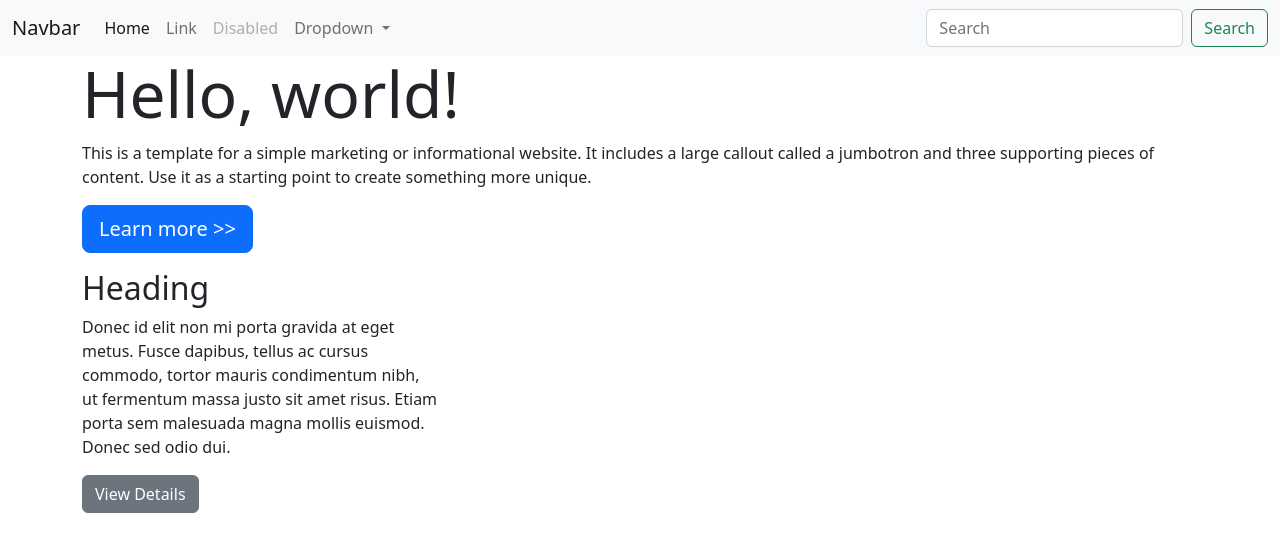
Repository: trongtamdev/lession1_html_sleepcloud
Page: jumbotron.html
The author's editor kept a copy of each file at every save. The page is drawn from the files as they stood at one save, then again after the next save.
The browser window is 1280 px wide. The pictures show the whole page.

Above is the page before, as saved 2022-09-10 15:25:04.

### jumbotron.html
<!DOCTYPE html>
<html lang="en">
  <head>
    <meta charset="UTF-8" />
    <meta http-equiv="X-UA-Compatible" content="IE=edge" />
    <meta name="viewport" content="width=device-width, initial-scale=1.0" />
    <title>Jumbotron</title>
    <link href="./styles/bootstrap.css" rel="stylesheet" />
    <script src="https://cdn.jsdelivr.net/npm/bootstrap@5.2.1/dist/js/bootstrap.bundle.min.js"></script>
  </head>
  <body>
    <nav class="navbar navbar-expand-lg bg-light">
      <div class="container-fluid">
        <a class="navbar-brand" href="#">Navbar</a>
        <button
          class="navbar-toggler"
          type="button"
          data-bs-toggle="collapse"
          data-bs-target="#navbarSupportedContent"
          aria-controls="navbarSupportedContent"
          aria-expanded="false"
          aria-label="Toggle navigation"
        >
          <span class="navbar-toggler-icon"></span>
        </button>
        <div class="collapse navbar-collapse" id="navbarSupportedContent">
          <ul class="navbar-nav me-auto mb-2 mb-lg-0">
            <li class="nav-item">
              <a class="nav-link active" aria-current="page" href="#">Home</a>
            </li>
            <li class="nav-item">
              <a class="nav-link" href="#">Link</a>
            </li>
            <li class="nav-item">
              <a class="nav-link disabled">Disabled</a>
            </li>
            <li class="nav-item dropdown">
              <a
                class="nav-link dropdown-toggle"
                href="#"
                role="button"
                data-bs-toggle="dropdown"
                aria-expanded="false"
              >
                Dropdown
              </a>
              <ul class="dropdown-menu">
                <li><a class="dropdown-item" href="#">Action</a></li>
                <li><a class="dropdown-item" href="#">Another action</a></li>
                <li><hr class="dropdown-divider" /></li>
                <li>
                  <a class="dropdown-item" href="#">Something else here</a>
                </li>
              </ul>
            </li>
          </ul>
          <form class="d-flex" role="search">
            <input
              class="form-control me-2"
              type="search"
              placeholder="Search"
              aria-label="Search"
            />
            <button class="btn btn-outline-success" type="submit">
              Search
            </button>
          </form>
        </div>
      </div>
    </nav>

    <main>
      <div class="jumbotron">
        <div class="container">
          <h1 class="display-3">Hello, world!</h1>
          <p>
            This is a template for a simple marketing or informational website.
            It includes a large callout called a jumbotron and three supporting
            pieces of content. Use it as a starting point to create something
            more unique.
          </p>
          <p><a class="btn btn-primary btn-lg" href="#">Learn more >></a></p>
        </div>
      </div>

      <div class="container">
        <div class="row">
          <div class="col-md-4">
            <h2>Heading</h2>
            <p>
              Donec id elit non mi porta gravida at eget metus. Fusce dapibus,
              tellus ac cursus commodo, tortor mauris condimentum nibh, ut
              fermentum massa justo sit amet risus. Etiam porta sem malesuada
              magna mollis euismod. Donec sed odio dui.
            </p>
            <p>
              <a class="btn btn-secondary" href="#" role="button"
                >View Details</a
              >
            </p>
          </div>
        </div>
      </div>
    </main>
  </body>
</html>

Loaded but not shown: styles/bootstrap.css (library)

After the next save:
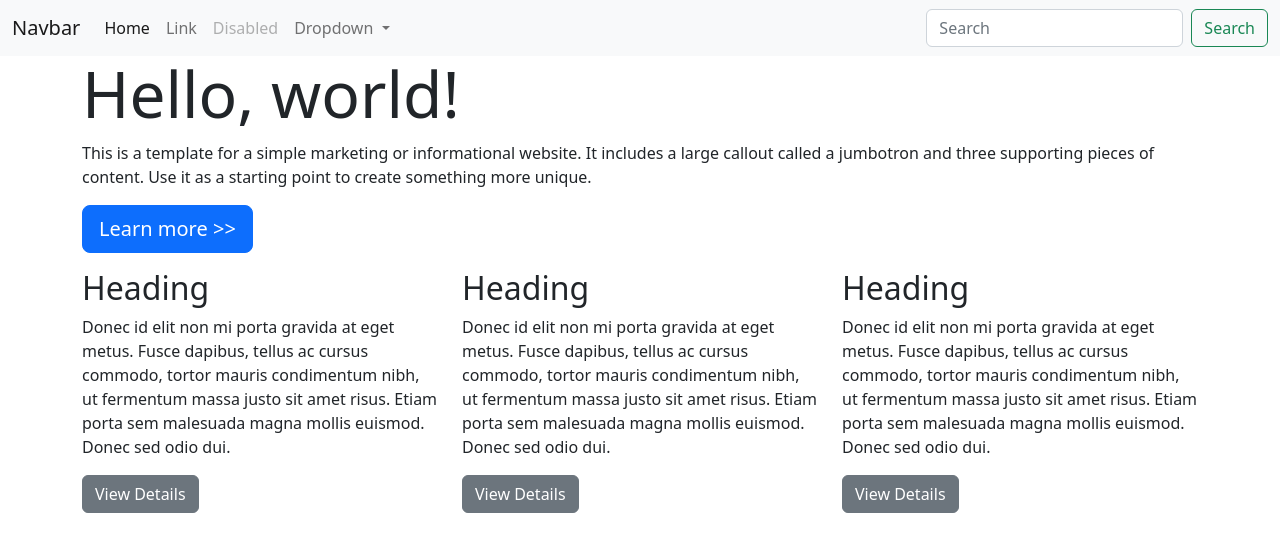
Saved 16 s later.
--- a/jumbotron.html
+++ b/jumbotron.html
@@ -99,6 +99,34 @@
               >
             </p>
           </div>
+          <div class="col-md-4">
+            <h2>Heading</h2>
+            <p>
+              Donec id elit non mi porta gravida at eget metus. Fusce dapibus,
+              tellus ac cursus commodo, tortor mauris condimentum nibh, ut
+              fermentum massa justo sit amet risus. Etiam porta sem malesuada
+              magna mollis euismod. Donec sed odio dui.
+            </p>
+            <p>
+              <a class="btn btn-secondary" href="#" role="button"
+                >View Details</a
+              >
+            </p>
+          </div>
+          <div class="col-md-4">
+            <h2>Heading</h2>
+            <p>
+              Donec id elit non mi porta gravida at eget metus. Fusce dapibus,
+              tellus ac cursus commodo, tortor mauris condimentum nibh, ut
+              fermentum massa justo sit amet risus. Etiam porta sem malesuada
+              magna mollis euismod. Donec sed odio dui.
+            </p>
+            <p>
+              <a class="btn btn-secondary" href="#" role="button"
+                >View Details</a
+              >
+            </p>
+          </div>
         </div>
       </div>
     </main>
